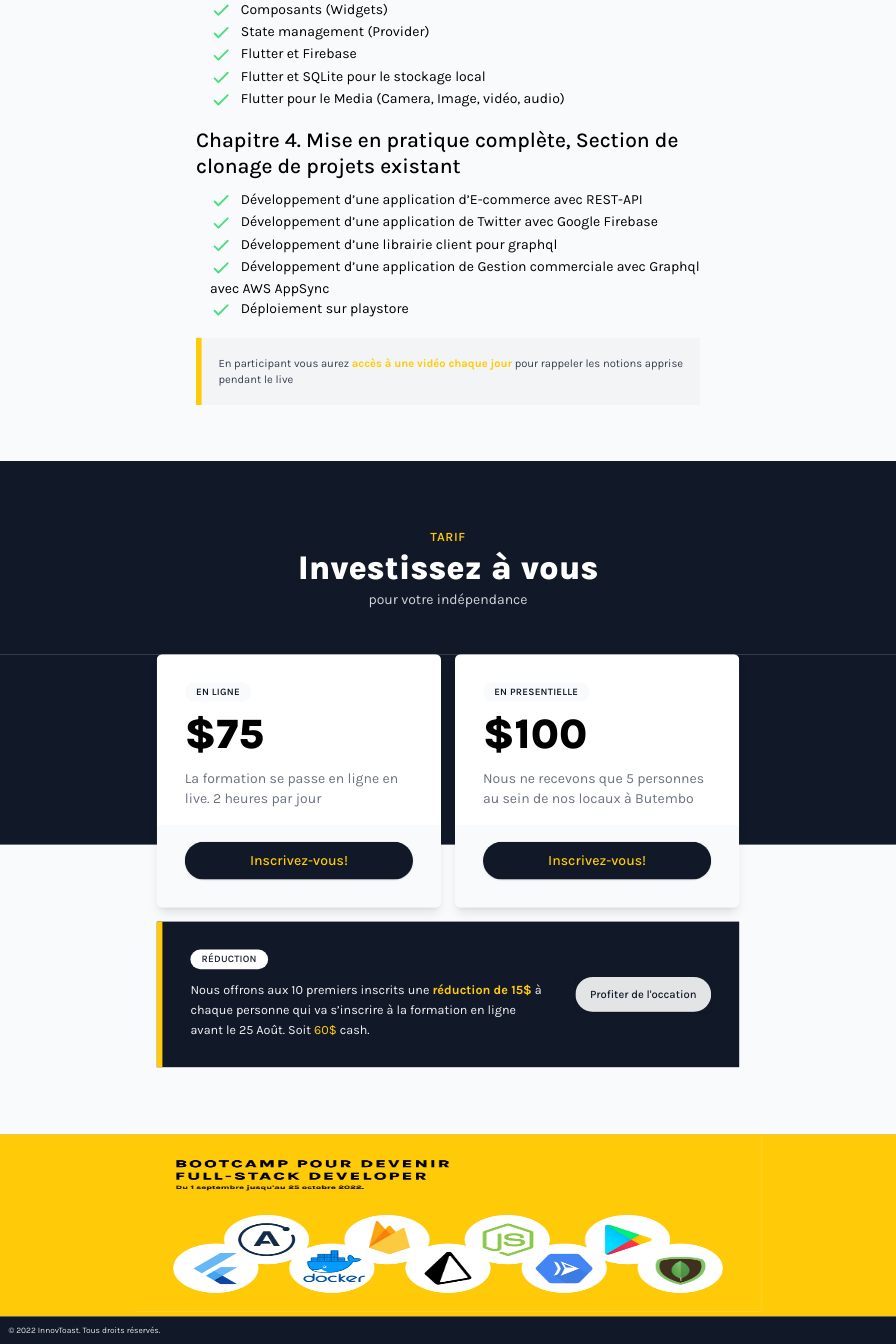
Repository: alfredlwanzo/course
Page: /
These files come from the project's save history. The page is drawn as it stood at one moment and after the next save; the edit follows.
The browser window is 1280 px wide. The pictures show the part of the page from y = 1722 to 3642 px (the page is 3642 px tall), at 70% of full size.
The project was rebuilt for these pictures with package versions that can differ from the ones it lists, and the page was loaded fresh each time. The framework's server and built-in components were replaced by stand-ins that run in the browser. Also part of the build but not shown: next.config.js.

Above is the page before, as saved 2022-08-09 17:46:55.

### pages/_app.tsx
import '../src/styles/globals.css'
import type { AppProps } from 'next/app'

function MyApp({ Component, pageProps }: AppProps) {
  return <Component {...pageProps} />
}

export default MyApp

### pages/_document.tsx
import NextDocument, { Html, Head, Main, NextScript } from "next/document";

type Props = {};

class MyDocument extends NextDocument<Props> {
  render() {
    return (
      <Html>
        <Head>
          <link rel="manifest" href="/manifest.json" />
          <link rel="apple-touch-icon" href="/icon.png"></link>
          <meta name="theme-color" content="#FFCB08" />
          <link rel="icon" href="/favicon.ico" />
        </Head>
        <body>
          <Main />
          <NextScript />
        </body>
      </Html>
    );
  }
}

export default MyDocument;

### pages/index.tsx
import type { NextPage } from 'next'
import Head from 'next/head'
import Footer from '@src/components/Footers/Footer'
import ContentSection from '@src/components/sections/Content'
import HomeSection from '@src/components/sections/Home'
import PricingSection from '@src/components/sections/Pricing'
import Image from 'next/image'


const Home: NextPage = () => {
  return (
    <div className="">
      <Head>
        <title>Innov | Bootcamp pour devenir fullStack developpeur</title>
        <meta name="description" content="Une machine pour vous transformer en développeur Full-Stack" />
        <link rel="icon" href="/favicon.ico" />
      </Head>

      <main className="">
       <section className="bg-primary pt-12 md:pt-28 pb-14 md:pb-28">
        {/* section Home */}
        <HomeSection/>
       </section>

       {/* section content */}
       <section className="py-6 md:py-20">
        <ContentSection/>
       </section>

       {/* Section pricing */}
       <section>
        <PricingSection/>
       </section>
       <section className="bg-primary">
        <div className="max-w-4xl mx-auto">
        <Image src="/assets/images/affiche2.jpg" alt="" width={1658} height={469}/>
        </div>
       </section>
      </main>

      <Footer/>
    </div>
  )
}

export default Home

### src/styles/globals.css

/* Fonts: Comfortaa & Karla */
@import url('https://fonts.googleapis.com/css2?family=Comfortaa:wght@300;400;500;600;700&display=swap');
@import url('https://fonts.googleapis.com/css2?family=Karla:ital,wght@0,200;0,300;0,400;0,500;0,600;0,700;0,800;1,200;1,300;1,400;1,500;1,600;1,700;1,800&display=swap');

/* tailwind */
@tailwind base;
@tailwind components;
@tailwind utilities;


html,
body {
  padding: 0;
  margin: 0;
  @apply bg-gray-50;
  font-family: 'Karla', sans-serif;
}

a {
  color: inherit;
  text-decoration: none;
}

* {
  box-sizing: border-box;
}

### src/components/Footers/Footer.tsx
import React from 'react'
import Copyright from './Copyright'


const Footer = () => {
  return (
    <div className='bg-gray-900'>
        <Copyright/>
    </div>
  )
}

export default Footer

### src/components/sections/Content.tsx
import React from "react";
import { CheckIcon } from "@heroicons/react/outline";

const ContentSection = () => {
  return (
    <article className="max-w-3xl mx-auto px-3 sm:px-6">
      <blockquote className="bg-gray-900 border-l-8 border-l-primary text-xl text-gray-200 p-4">
        <h6 className="text-primary text-3xl font-extrabold">Contenu de la formation</h6>
        Des projets de A à Z. Du frontend au backend en passant par la conception et l’usage des bonnes pratiques. (flutter, <span className="text-primary">nodejs</span>,  mongodb, <span className="text-primary">google cloud run</span>, docker, ...)
        {/* Nous avons mis du temps à préparer afin de produire un contenue riche. Nous avons appliqué une approche de rendre des notions complexes, faciles à apprendre. Nous voulons qu’une personne après avoir participer à cette formation puisse être capable de produire une application de A à Z sans beaucoup de difficultés. Notre Objectif est de créer de meilleurs développeurs Full-stack. */}
      </blockquote>
      {/* Chapter 1 */}
      <div className="mt-6">
        <h2 className="text-3xl font-medium">
          Chapitre 1. Développer des API pour votre application avec Nodejs
        </h2>
        <ul className="list-inside pl-5 mt-4">
          <li className="text-xl ">
            <CheckIcon className="inline-block h-8 w-8 mr-3 text-green-400" />
            Introduction général à nodejs
          </li>
          <li className="text-xl ">
            <CheckIcon className="inline-block h-8 w-8 mr-3 text-green-400" />
            Structure de contrôle
          </li>
          <li className="text-xl ">
            <CheckIcon className="inline-block h-8 w-8 mr-3 text-green-400" />
            Structure de données
          </li>
          <li className="text-xl ">
            <CheckIcon className="inline-block h-8 w-8 mr-3 text-green-400" />
            Introduction à Express.js
          </li>
          <li className="text-xl ">
            <CheckIcon className="inline-block h-8 w-8 mr-3 text-green-400" />
            Premier API REST avec Express
          </li>
          <li className="text-xl ">
            <CheckIcon className="inline-block h-8 w-8 mr-3 text-green-400" />
            Notion sur Mongodb
          </li>
          <li className="text-xl ">
            <CheckIcon className="inline-block h-8 w-8 mr-3 text-green-400" />
            Express et Mongodb + Prisma
          </li>
          <li className="text-xl ">
            <CheckIcon className="inline-block h-8 w-8 mr-3 text-green-400" />
            Notion sur le Graphql
          </li>
          <li className="text-xl ">
            <CheckIcon className="inline-block h-8 w-8 mr-3 text-green-400" />
            Apollo-graphql + mongoose
          </li>
        </ul>
      </div>
      {/* Chapitre 2 */}
      <div className="mt-6">
        <h2 className="text-3xl font-medium">
          Chapitre 2. Mise en pratique de développement serveur
        </h2>
        <ul className="list-inside pl-5 mt-4 ">
          <li className="text-xl ">
            <CheckIcon className="inline-block h-8 w-8 mr-3 text-green-400" />
            REST-API d’E-commerce avec express et mongodb
          </li>
          <li className="text-xl ">
            <CheckIcon className="inline-block h-8 w-8 mr-3 text-green-400" />
            Graphql-API d’application de gestion avec apollo-server et mongodb
          </li>
          <li className="text-xl ">
            <CheckIcon className="inline-block h-8 w-8 mr-3 text-green-400" />
            Dockerfile
          </li>
          <li className="text-xl ">
            <CheckIcon className="inline-block h-8 w-8 mr-3 text-green-400" />
            Déploiement sur Google cloud Run
          </li>
        </ul>
      </div>
      <blockquote className="border-l-8 border-l-primary p-6 mt-6 bg-gray-100 text-gray-700">
      Avec 6 projets réels à développer,
            nous espèrons que vous allez aimer l’aventure.{" "}
            <span className="font-comfortaa font-bold">Innov</span> (notre
            équipe) prépare les séances avec totale concentration, dans le but
            de vous fournir du contenu riche et surtout simple à comprendre.
      </blockquote>
      {/* Chapitre 3 */}
      <div className="mt-6">
        <h2 className="text-3xl font-medium">
          Chapitre 3. Développement mobile avec Flutter
        </h2>
        <ul className="list-inside pl-5 mt-4 ">
          <li className="text-xl ">
            <CheckIcon className="inline-block h-8 w-8 mr-3 text-green-400" />
            Introduction au langage Dart
          </li>
          <li className="text-xl ">
            <CheckIcon className="inline-block h-8 w-8 mr-3 text-green-400" />
            Introduction à flutter
          </li>
          <li className="text-xl ">
            <CheckIcon className="inline-block h-8 w-8 mr-3 text-green-400" />
            Composants (Widgets)
          </li>
          <li className="text-xl ">
            <CheckIcon className="inline-block h-8 w-8 mr-3 text-green-400" />
            State management (Provider)
          </li>
          <li className="text-xl ">
            <CheckIcon className="inline-block h-8 w-8 mr-3 text-green-400" />
            Flutter et Firebase
          </li>
          <li className="text-xl ">
            <CheckIcon className="inline-block h-8 w-8 mr-3 text-green-400" />
            Flutter et SQLite pour le stockage local
          </li>
          <li className="text-xl ">
            <CheckIcon className="inline-block h-8 w-8 mr-3 text-green-400" />
            Flutter pour le Media (Camera, Image, vidéo, audio)
          </li>
        </ul>
      </div>
       {/* Chapitre 4 */}
       <div className="mt-6">
        <h2 className="text-3xl font-medium">
          Chapitre 4. Mise en pratique complète, Section de clonage de projets existant
        </h2>
        <ul className="list-inside pl-5 mt-4 ">
          <li className="text-xl ">
            <CheckIcon className="inline-block h-8 w-8 mr-3 text-green-400" />
            Développement d’une application d’E-commerce avec REST-API
          </li>
          <li className="text-xl ">
            <CheckIcon className="inline-block h-8 w-8 mr-3 text-green-400" />
            Développement d’une application de Twitter avec Google Firebase
          </li>
          <li className="text-xl ">
            <CheckIcon className="inline-block h-8 w-8 mr-3 text-green-400" />
            Développement d’une librairie client pour graphql
          </li>
          <li className="text-xl ">
            <CheckIcon className="inline-block h-8 w-8 mr-3 text-green-400" />
            Développement d’une application de Gestion commerciale avec Graphql avec AWS AppSync
          </li>
          <li className="text-xl ">
            <CheckIcon className="inline-block h-8 w-8 mr-3 text-green-400" />
            Déploiement sur playstore
          </li>
        </ul>
      </div>
      <blockquote className="border-l-8 border-l-primary p-6 mt-6 bg-gray-100 text-gray-700">
        En participant vous aurez <span className="font-bold text-primary">accès à une vidéo chaque jour</span> pour rappeler les notions apprise pendant le live
      </blockquote>
    </article>
  );
};

export default ContentSection;

### src/components/sections/Home.tsx
import React from "react";
import SubscribeButton from "../buttons/SubscribeButton";
import PairProgramming from "../icons/PairProgramming";

const HomeSection = () => {
  return (
    <div className="max-w-7xl mx-auto px-3 sm:px-6">
      <div className="grid md:grid-cols-2 gap-10 lg:gap-0">
        <div className="border-l-8 border-l-gray-900 pl-3">
          <div className="bg-gray-700 bg-opacity-40 w-max py-1 px-3 rounded-full">
            <h6 className="font-bold text-sm md:text-base text-primary">
              Du 1 septembre au 25 octobre 2022.
            </h6>
          </div>
          <h1 className="text-4xl sm:text-5xl text-gray-900 font-extrabold uppercase mt-2">
            Bootcamp pour devenir full-stack developpeur
          </h1>
          <p className="text-xl mt-2 text-gray-900">
            Une machine pour vous transformer en développeur
            Full-Stack. Vous allez apprendre plusieurs notions difficiles à
            trouver dans nos universités.
          </p>
          <div className="hidden md:block mt-9">
            <SubscribeButton />
          </div>
        </div>
        <div className="flex flex-col items-center justify-center">
          <PairProgramming className="w-auto h-48 sm:h-52 md:h-80 -bottom-10" />
          <div className="block md:hidden mt-12">
            <SubscribeButton />
          </div>
        </div>
      </div>
    </div>
  );
};

export default HomeSection;

### src/components/sections/Pricing.tsx

const tiers = [
  {
    name: 'En ligne',
    href: 'https://wa.me/+243978154329',
    price: 75,
    description: "La formation se passe en ligne en live.  2 heures par jour",
  },
  {
    name: 'En presentielle',
    href: 'https://wa.me/+243978154329',
    price: 100,
    description: 'Nous ne recevons que 5 personnes au sein de nos locaux à Butembo',
  },
]

export default function PricingSection() {
  return (
    <div className="bg-gray-900">
      <div className="pt-12 sm:pt-16 lg:pt-24">
        <div className="max-w-4xl mx-auto text-center px-4 sm:px-6 lg:px-8">
          <div className="max-w-3xl mx-auto space-y-2 lg:max-w-none">
            <h2 className="text-lg leading-6 font-semibold text-primary uppercase tracking-wider">Tarif</h2>
            <p className="text-3xl font-extrabold text-white sm:text-4xl lg:text-5xl">
            Investissez à vous
            </p>
            <p className="text-xl text-gray-300">
              pour votre indépendance
            </p>
          </div>
        </div>
      </div>
      <div className="mt-8 pb-12 bg-gray-50 sm:mt-12 sm:pb-16 lg:mt-16 lg:pb-24">
        <div className="relative">
          <div className="absolute inset-0 h-3/4 bg-gray-900" />
          <div className="relative z-10 max-w-4xl mx-auto px-4 sm:px-6 lg:px-8">
            <div className="max-w-md mx-auto space-y-4 lg:max-w-5xl lg:grid lg:grid-cols-2 lg:gap-5 lg:space-y-0">
              {tiers.map((tier) => (
                <div key={tier.name} className="flex flex-col rounded-lg shadow-lg overflow-hidden">
                  <div className="px-6 py-8 bg-white sm:p-10 sm:pb-6">
                    <div>
                      <h3
                        className="inline-flex px-4 py-1 rounded-full text-sm font-semibold tracking-wide uppercase bg-gray-50 text-gray-900"
                        id="tier-standard"
                      >
                        {tier.name}
                      </h3>
                    </div>
                    <div className="mt-4 flex items-baseline text-6xl font-extrabold">
                      ${tier.price}
                    </div>
                    <p className="mt-5 text-xl text-gray-500">{tier.description}</p>
                  </div>
                  <div className="flex-1 flex flex-col justify-between px-6 pt-6 pb-8 bg-gray-50 space-y-6 sm:p-10 sm:pt-6">

                    <div className="rounded-full shadow">
                      <a
                        href={tier.href}
                        target="_blank"
                        rel="noreferrer"
                        className="flex items-center justify-center px-5 py-3 border border-transparent text-xl font-medium rounded-full text-primary bg-gray-900 hover:bg-gray-900"
                        aria-describedby="tier-standard"
                      >
                        Inscrivez-vous!
                      </a>
                    </div>
                  </div>
                </div>
              ))}
            </div>
          </div>
        </div>
        <div className="mt-4 relative max-w-4xl mx-auto px-4 sm:px-6 lg:px-8 lg:mt-5">
          <div className="max-w-md mx-auto lg:max-w-5xl">
            <div className="border-l-8 border-l-primary bg-gray-900 px-6 py-8 sm:p-10 lg:flex lg:items-center">
              <div className="flex-1">
                <div>
                  <h3 className="inline-flex px-4 py-1 rounded-full text-sm font-semibold tracking-wide uppercase bg-white text-gray-800">
                    Réduction
                  </h3>
                </div>
                <div className="mt-4 text-lg text-gray-100">
                Nous offrons aux 10 premiers inscrits une <span className="font-bold text-primary">réduction de 15$</span> à chaque personne qui va s’inscrire à la formation en ligne avant le 25 Août. Soit <span className="text-primary">60$</span> cash.
                </div>
              </div>
              <div className="mt-6 rounded-md shadow lg:mt-0 lg:ml-10 lg:flex-shrink-0">
                <a
                  href="https://wa.me/+243978154329"
                  target="_blank"
                  rel="noreferrer"
                  className="flex items-center justify-center animate-pulse px-5 py-3 border border-transparent text-base font-medium rounded-full text-gray-900 bg-white hover:bg-gray-50"
                >
                  Profiter de l&apos;occation
                </a>
              </div>
            </div>

          </div>
        </div>
      </div>
    </div>
  )
}

### src/components/Footers/Copyright.tsx
import React from 'react'

const Copyright = () => {
  return (
    <div className='max-w-7xl mx-auto px-3 sm:px-6" py-3 text-gray-200 '>
        <p className='text-xs'>© 2022 InnovToast. Tous droits réservés.</p>
    </div>
  )
}

export default Copyright

### src/components/buttons/SubscribeButton.tsx
import React from "react";

const SubscribeButton = () => {
  return (
    <a
      href="https://wa.me/+243978154329"
      target="_blank"
      rel="noreferrer"
      className="bg-gray-900 text-primary animate-pulse py-4 px-10 text-xl font-semibold rounded-full border-4 border-gray-800 hover:bg-opacity-95 hover:border-gray-900"
    >
      Inscrivez-vous!
    </a>
  );
};

export default SubscribeButton;

Loaded but not shown: tailwind.config.js (24 lines, source omitted); src/components/icons/PairProgramming.tsx (865 lines, source omitted)

After the next save:
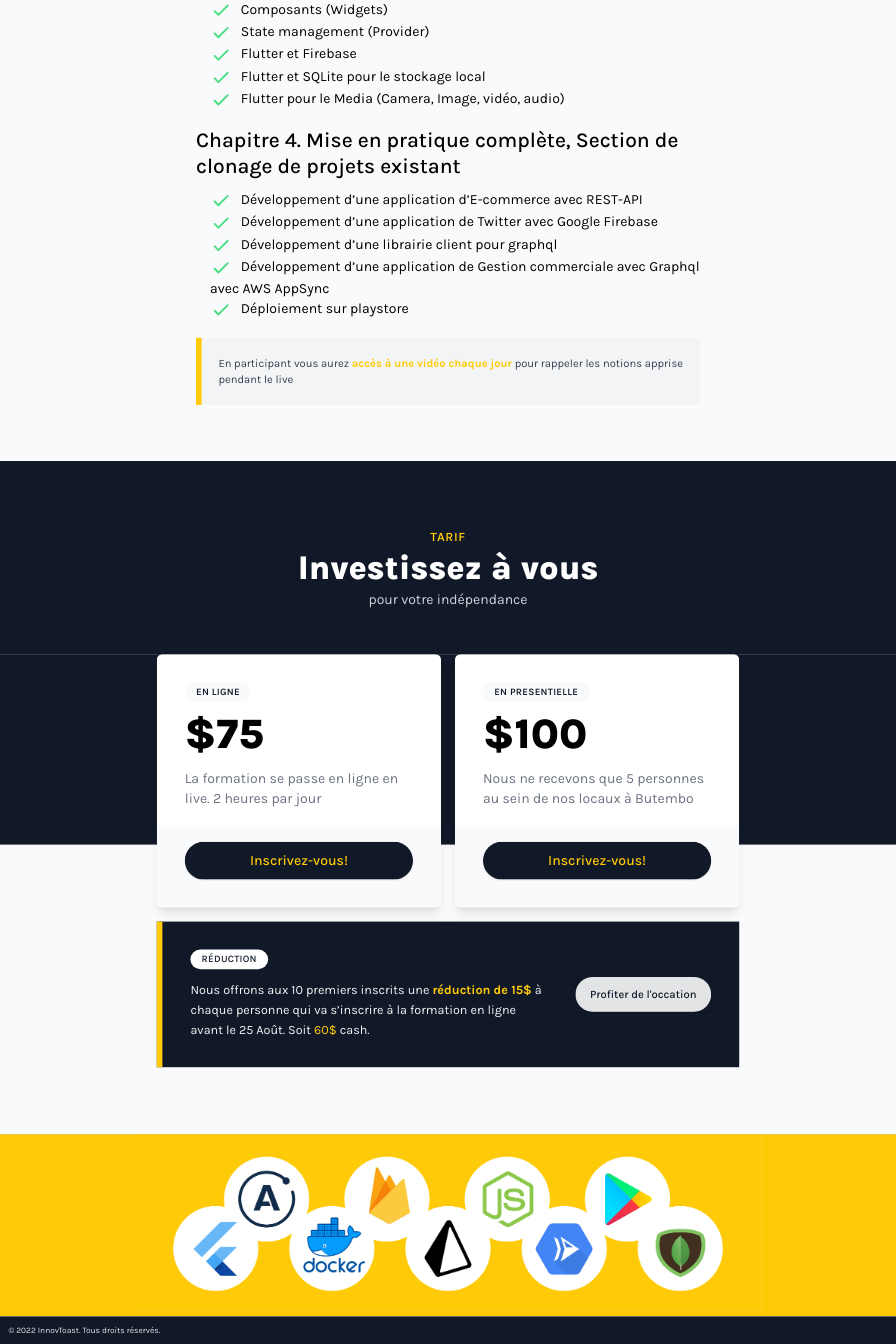
Saved 17 s later.
--- a/pages/index.tsx
+++ b/pages/index.tsx
@@ -33,7 +33,7 @@
        </section>
        <section className="bg-primary">
         <div className="max-w-4xl mx-auto">
-        <Image src="/assets/images/affiche2.jpg" alt="" width={1658} height={469}/>
+        <Image src="/assets/images/affiche3.jpg" alt="" width={1658} height={469}/>
         </div>
        </section>
       </main>
